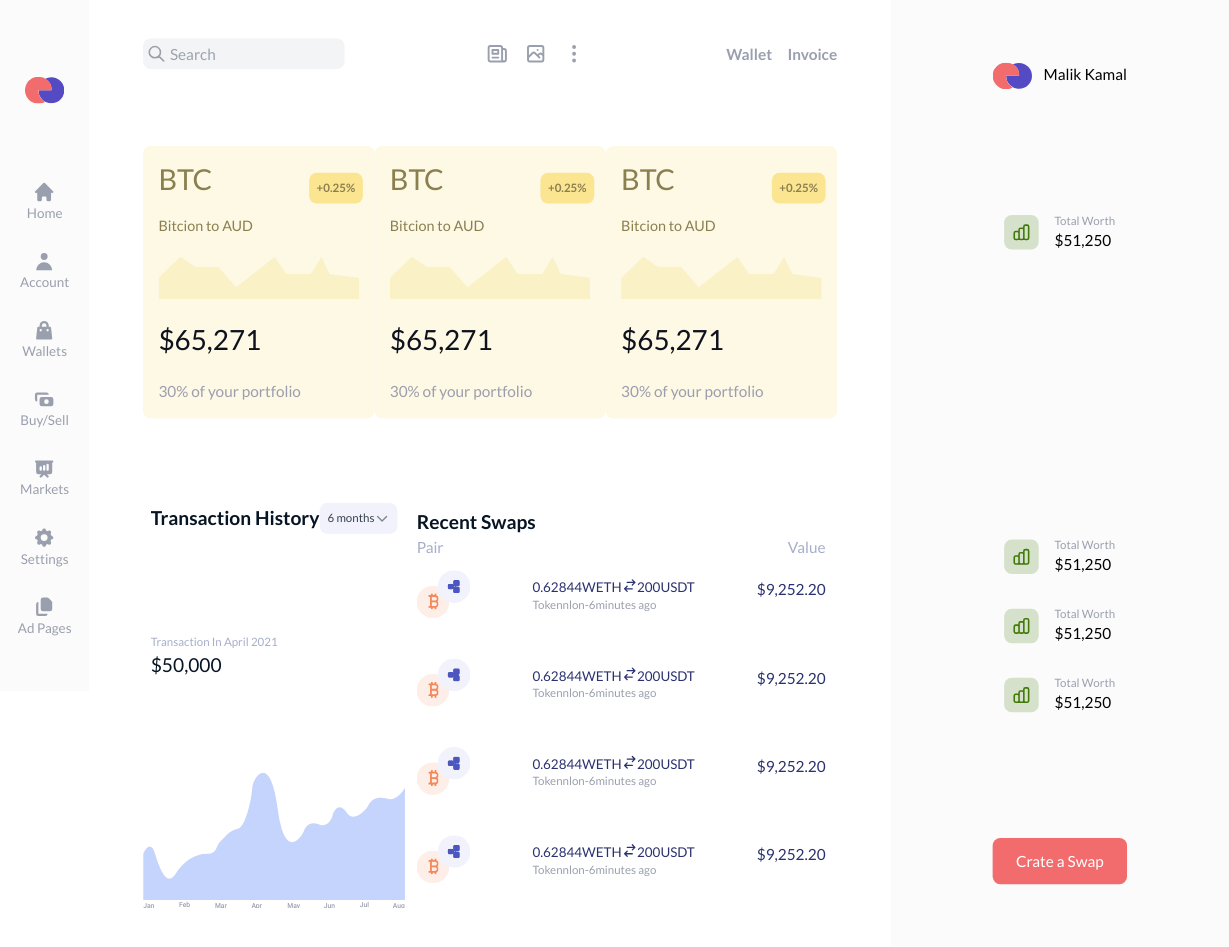
Repository: almaqdad55/crypto-app-nextjs
Page: /
The author's editor kept a copy of each file at every save. The page is drawn from the files as they stood at one save, then again after the next save.
The browser window is 1280 px wide. The pictures show the whole page, at 96% of full size.
The project was rebuilt for these pictures with package versions that can differ from the ones it lists, and the page was loaded fresh each time. The framework's server and built-in components were replaced by stand-ins that run in the browser.

Above is the page before, as saved 2022-01-04 22:43:51.

After the next save:
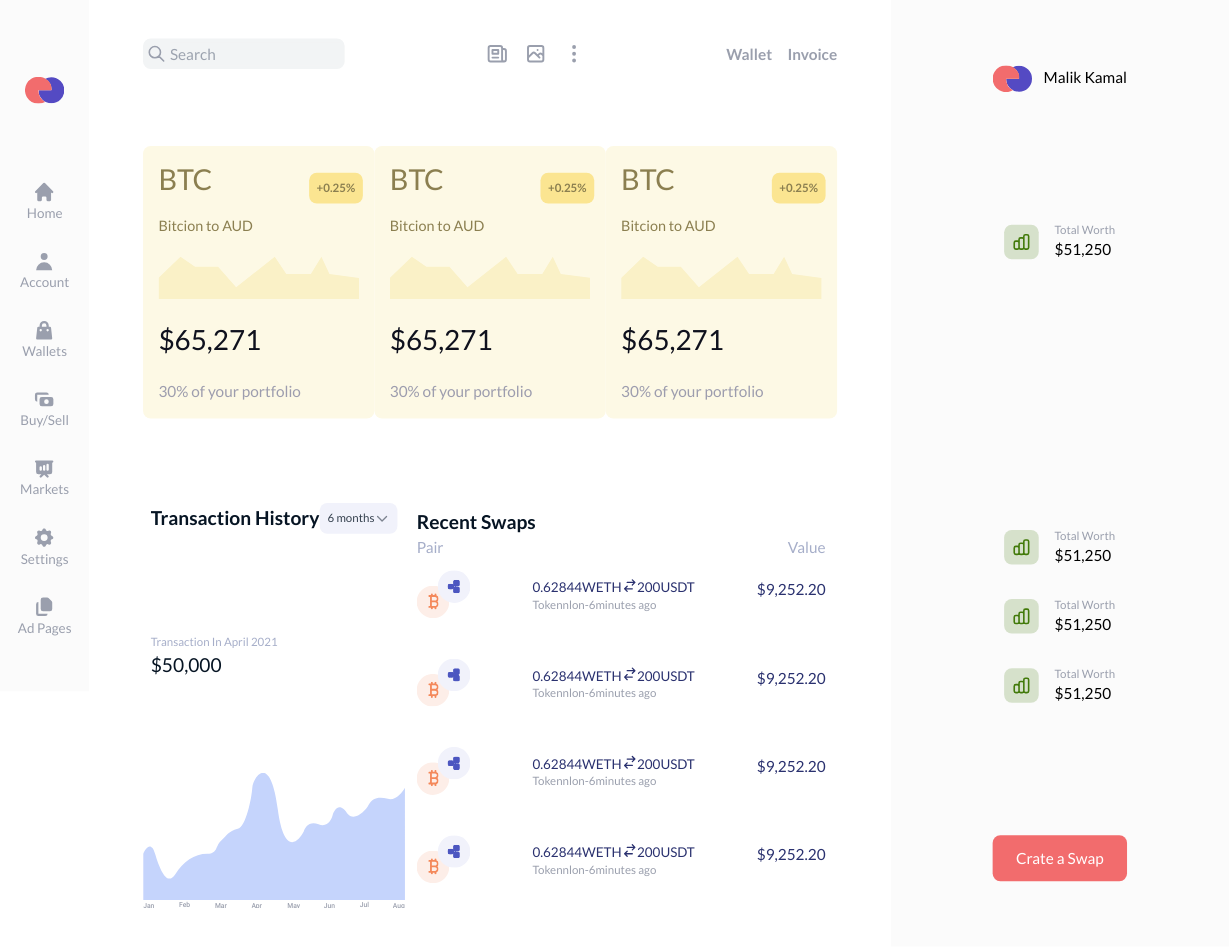
Saved 29 s later.
--- a/components/Widget.jsx
+++ b/components/Widget.jsx
@@ -15,7 +15,7 @@ const Widget = () => {
         <h2>Malik Kamal</h2>
       </div>
       <StatsDisplay />
-      <hr className="border-b-4 text-slate-900 h-10 bg-red-300" />
+      <hr className="border-b-4 border-indigo-600 " />
       <div className="flex flex-col space-y-8">
         <StatsDisplay />
         <StatsDisplay />
